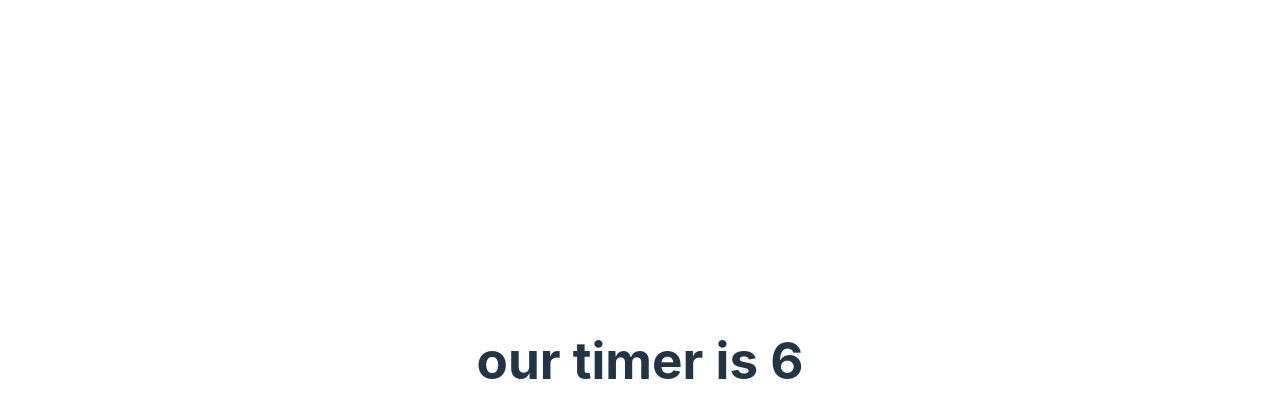
Repository: FARMAN9/inputdata-useRef-and-useEffect
Page: /
The author's editor kept a copy of each file at every save. The page is drawn from the files as they stood at one save, then again after the next save.
The browser window is 1280 px wide. The pictures show the whole page.
The project was rebuilt for these pictures with package versions that can differ from the ones it lists, and the page was loaded fresh each time. Also part of the build but not shown: vite.config.js.

Above is the page before, as saved 2025-01-13 12:27:44.

After the next save:
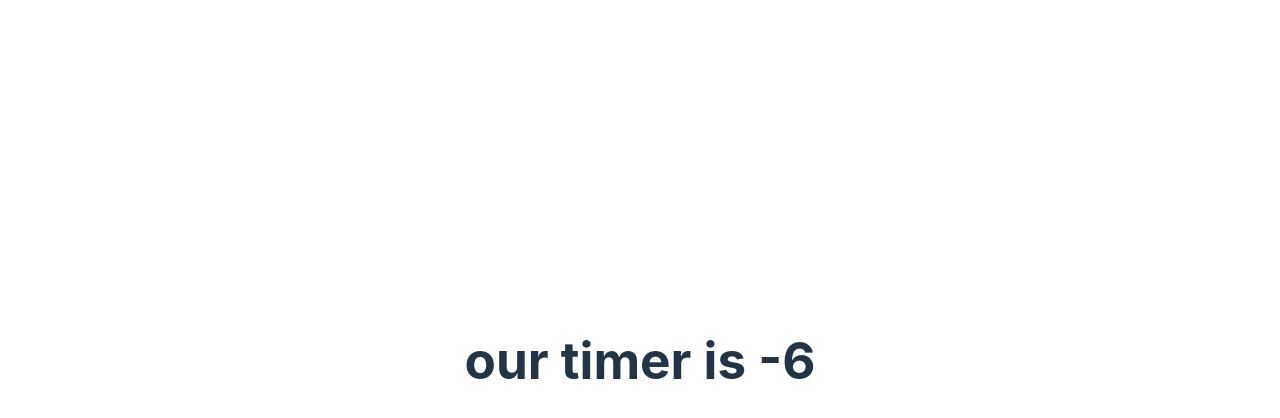
Saved 4 s later.
--- a/src/App.jsx
+++ b/src/App.jsx
@@ -8,7 +8,7 @@ function App() {
 
   useEffect(() => {
     setTimeout(() => {
-      setCount((count) => count + 1);
+      setCount((count) => count - 1);
       setCount((count) => count + 1);
       setCount((count) => count - 1);
     }, 1000);
